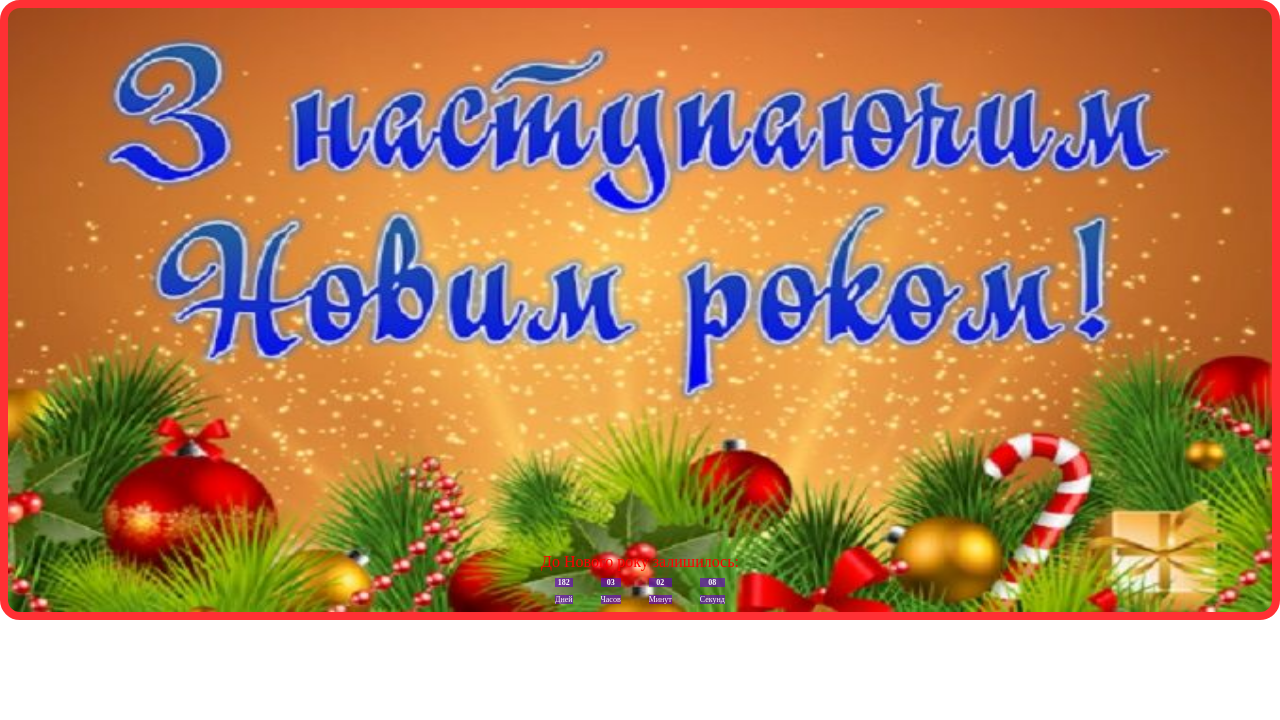
Repository: KonstantinKhamilov/JavaScript11-new-year
Page: index.html
These files come from the project's save history. The page is drawn as it stood at one moment and after the next save; the edit follows.
The browser window is 1280 px wide. The pictures show the whole page.

Above is the page before, as saved 2024-12-29 19:03:25.

After the next save:
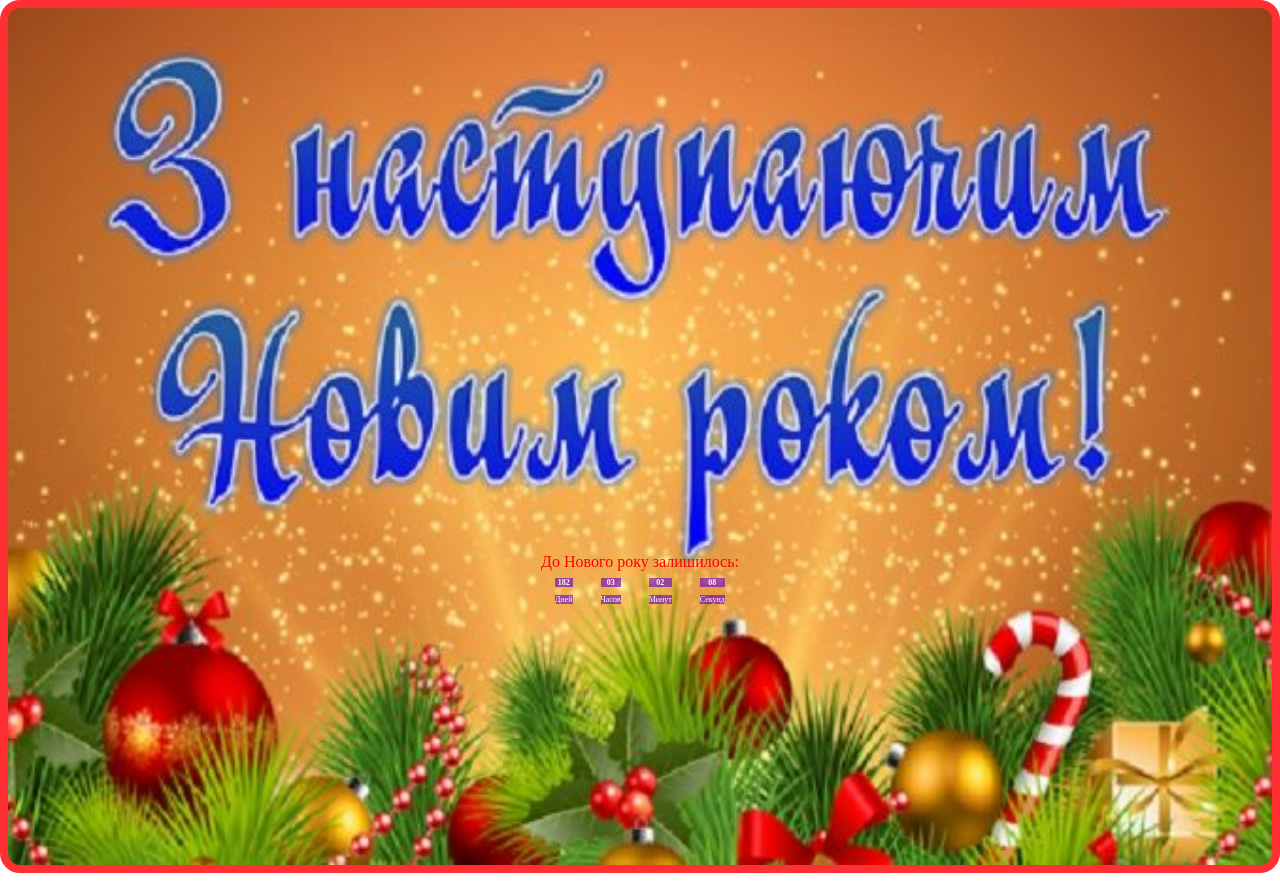
Saved 36 s later.
--- a/newYear.css
+++ b/newYear.css
@@ -23,7 +23,7 @@ body {
   }
 
   .maintext {
-    padding-top: 40%;
+    padding: 40% 0 20% 0;
   }
 
   .text {
